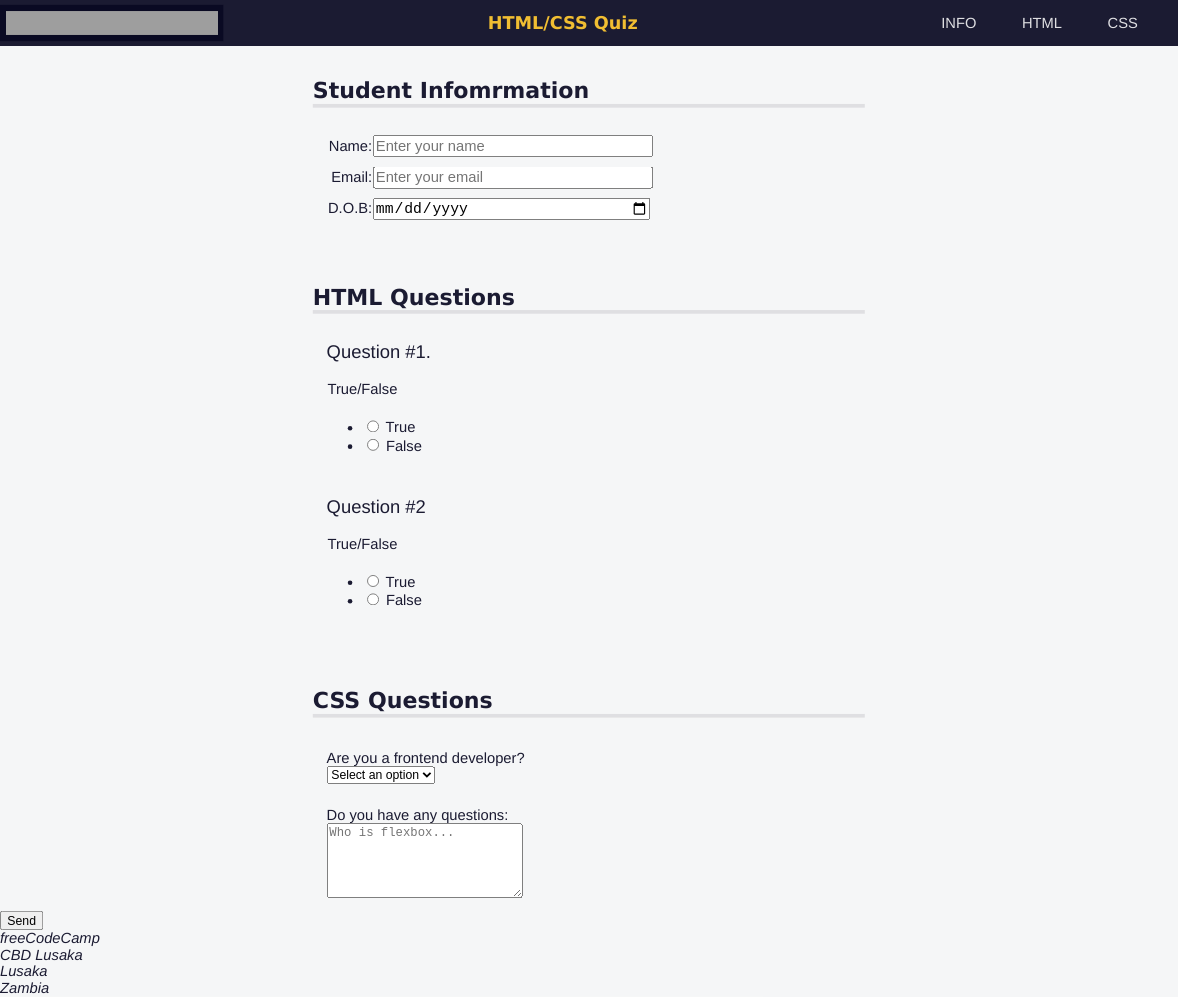
Repository: Lungdjos/accessibility_build_quiz
Page: index.html
An editor plug-in stored every save of this project. The page is shown before and after the next save, followed by the edit.
The browser window is 1280 px wide. The pictures show the whole page, at 92% of full size.
Pictures or frames that could not be fetched are drawn as grey boxes.

Above is the page before, as saved 2023-10-30 09:46:21.

### index.html
<!DOCTYPE html>
<html lang="en">

<head>
    <meta charset="UTF-8">
    <meta name="viewport" content="width=device-width, initial-scale=1.0">
    <meta name="description" content="Accessibility">
    <title>HTML/CSS Test Quiz</title>
    <link rel="stylesheet" href="styles.css">
</head>

<body>
    <header>
        <img src="https://cdn.freecodecamp.org/platform/universal/fcc_primary.svg" alt="" id="logo">
        <h1>HTML/CSS Quiz</h1>
        <nav>
            <ul>
                <li>
                    <a href="#student-info">info</a></li>
                <li>
                    <a href="#html-questions">html</a></li>
                <li>
                    <a href="#css-questions">css</a></li>
            </ul>
        </nav>
    </header>
    <main>
        <form action="https://freecodecamp.org/practice-project/accessibility-quiz" method="post">
            <section role="region" aria-labelledby="student-info">
                <h2 id="student-info">Student Infomrmation</h2>
                <div class="info">
                    <label for="student-name">
                        Name:
                    </label><input type="text" name="name" id="student-name" placeholder="Enter your name">
                </div>
                <div class="info">
                    <label for="student-email">
                        Email:
                    </label><input type="email" name="email" id="student-email" placeholder="Enter your email">
                </div>
                <div class="info">
                    <label for="birth-date">
                        D.O.B:<span class="sr-only">(Date of Birth)</span>
                    </label><input type="date" name="dob" id="birth-date">
                </div>
            </section>

            <section role="region" aria-labelledby="html-questions">
                <h2 id="html-questions">HTML Questions</h2>
                <div class="question-block">
                    <p>1.</p>
                    <fieldset name="first-question" class="question">
                        <legend>True/False</legend>
                        <ul class="answers-list">
                            <li>
                                <label for="q1-a1">
                                    <input type="radio" value="true" name="q1-answ" id="q1-a1"> True
                                </label>
                            </li>
                            <li>
                                <label for="q1-a2">
                                    <input type="radio" value="false" name="q1-answ" id="q1-a2"> False
                                </label>
                            </li>
                        </ul>
                    </fieldset>
                </div>
                <div class="question-block">
                    <p>2</p>
                    <fieldset name="second-question" class="question">
                        <legend>True/False</legend>
                        <ul class="answers-list">
                            <li>
                                <label for="q2-a1">
                                    <input type="radio" value="true" name="q2-answ" id="q2-a1"> True
                                </label>
                            </li>
                            <li>
                                <label for="q2-a2">
                                    <input type="radio" value="false" name="q2-answ" id="q2-a2"> False
                                </label>
                            </li>
                        </ul>
                    </fieldset>
                </div>
            </section>

            <section role="region" aria-labelledby="css-questions">
                <h2 id="css-questions">CSS Questions</h2>
                <div class="formrow">
                    <div class="question-block">
                        <label for="customer">Are you a frontend developer?</label>
                    </div>
                    <div class="answer">
                        <select name="customer" id="customer" required>
                            <option value="">Select an option</option>
                            <option value="yes">Yes</option>
                            <option value="no">No</option>
                        </select>
                    </div>

                    <div class="question-block">
                        <label for="css-questions">Do you have any questions:</label>
                    </div>
                    <div class="answer">
                        <textarea name="css-questions" id="css-questions" rows="5" cols="24" placeholder="Who is flexbox..."></textarea>
                    </div>
                </div>
            </section>
            <button type="submit">Send</button>
        </form>
    </main>
    <footer>
        <address>
            freeCodeCamp<br/>
            CBD Lusaka<br/>
            Lusaka<br/>
            Zambia
        </address>
    </footer>
</body>

</html>

### styles.css
/*Content design */

body {
    background: #f5f6f7;
    color: #1b1b32;
    font-family: Helvetica;
    margin: 0;
}

h1 {
    color: #f1be32;
    font-size: min(5vw, 1.2em);
    text-align: center;
}

main {
    padding-top: 25px;
}

h1,
h2 {
    font-family: Verdana, Tahoma;
}

h2 {
    border-bottom: 4px solid #dfdfe2;
    margin-top: 0;
    padding-top: 60px;
}

.sr-only {
    position: absolute;
    width: 1px;
    height: 1px;
    padding: 0;
    margin: -1px;
    overflow: hidden;
    clip: rect(0, 0, 0, 0);
    white-space: nowrap;
    border: 0;
}

p::before {
    content: "Question #";
}

p {
    margin-top: 5px;
    padding-left: 15px;
    font-size: 20px;
}


/* Nav bar design */

header {
    width: 100%;
    height: 50px;
    background-color: #1b1b32;
    display: flex;
    justify-content: space-between;
    align-items: center;
    position: fixed;
    top: 0;
}

#logo {
    width: max(100px, 18vw);
    background-color: #0a0a23;
    aspect-ratio: 35 / 4;
    padding: 0.4rem;
}

nav {
    width: 50%;
    max-width: 300px;
    height: 50px;
}

nav>ul {
    display: flex;
    justify-content: space-evenly;
    text-transform: uppercase;
    align-items: center;
    padding-inline-start: 0;
    margin-block: 0;
    height: 100%;
    flex-wrap: wrap;
}

nav li {
    color: #dfdfe2;
    margin: 0 0.2rem;
    padding: 0.2rem;
    display: block;
}

li>a {
    color: inherit;
}

nav li>a {
    text-decoration: none;
}

nav li>a:hover {
    text-decoration: none;
    background-color: #dfdfe2;
    color: #1b1b32;
    cursor: pointer;
}


/* Form design */

section {
    width: 80%;
    max-width: 600px;
    margin: 0 auto 10px auto;
}

.question {
    /* border-radius: 5px; */
    border: none;
    padding-bottom: 0;
}

.info {
    padding: 10px 0 0 5px;
}

.info input {
    width: 50%;
    text-align: left;
}

.info label {
    width: 10%;
    min-width: 55px;
}

.info input,
.info label {
    display: inline-block;
}

label {
    text-align: right;
}

.formrow {
    margin-top: 30px;
    padding: 0px 15px;
}

input {
    font-size: 16px;
}

.question-block {
    text-align: left;
    display: block;
    width: 100%;
    margin-top: 20px;
    padding-top: 5px;
}

.answers-li {
    list-style: none;
    padding-left: 0;
}


/* Footer design */

After the next save:
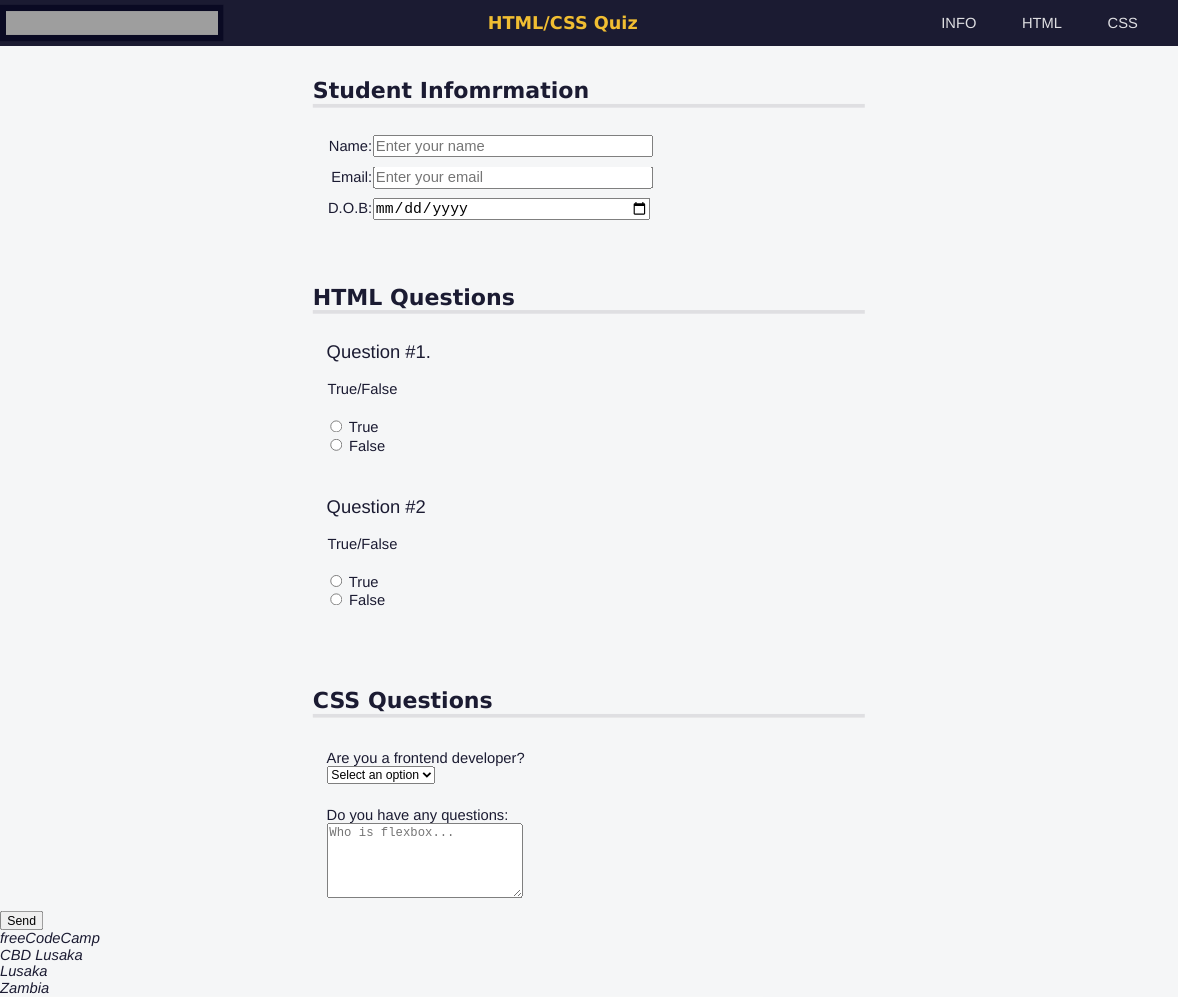
Saved 5 s later.
--- a/styles.css
+++ b/styles.css
@@ -165,7 +165,7 @@ input {
     padding-top: 5px;
 }
 
-.answers-li {
+.answers-list {
     list-style: none;
     padding-left: 0;
 }
